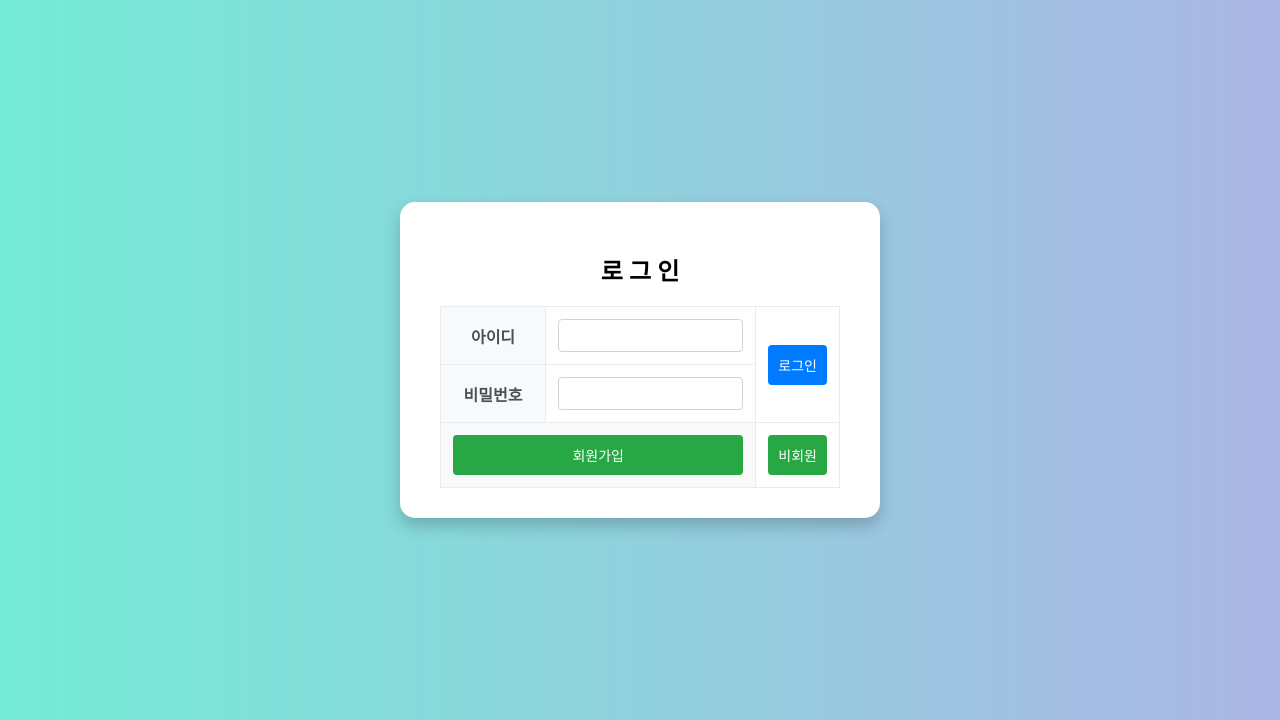
Repository: 1plus1equals3-true/Board-temp
Page: http://localhost/jsp/test/test3.jsp
These files come from the project's save history. The page is drawn as it stood at one moment and after the next save; the edit follows.
The browser window is 1280 px wide. The pictures show the whole page.
The page is served by Tomcat 9. Other server files are loaded and not shown.

Above is the page before, as saved 2025-09-10 08:06:40.

### jsp/src/main/webapp/test/test3.jsp
<%@ page language="java" contentType="text/html; charset=UTF-8"
    pageEncoding="UTF-8"%>
<%@ page import="java.util.Date" %>
<%@ page import="java.text.SimpleDateFormat" %>
<!DOCTYPE html>
<html>
<head>
<meta charset="UTF-8">
<title>로그인</title>
<style>
body {
        font-family: 'Segoe UI', Tahoma, Geneva, Verdana, sans-serif;
        background: linear-gradient(to right, #74ebd5, #ACB6E5);
        margin: 0;
        padding: 0;
        display: flex;
        justify-content: center;
        align-items: center;
        height: 100vh;
    }
    form {
        background-color: white;
        padding: 30px 40px;
        border-radius: 15px;
        box-shadow: 0 8px 16px rgba(0,0,0,0.2);
        width: 400px;
        animation: fadeIn 0.8s ease-in-out;
    }
    @keyframes fadeIn {
        from { opacity: 0; transform: translateY(-20px); }
        to { opacity: 1; transform: translateY(0); }
    }
.login-form {
    justify-content: center;
    align-items: center;
    margin: 50px auto;
}

.login-form table {
    width: 100%;
    max-width: 400px;
    border-collapse: collapse;
    background-color: #fff;
    border-radius: 8px;
}

.login-form td {
    padding: 12px;
    border: 1px solid #e9ecef;
    text-align: left;
}

.login-form tr td:first-child {
    background-color: #f8f9fa;
    font-weight: bold;
    color: #495057;
    text-align: center;
    width: 80px;
}

.login-form input[type="text"],
.login-form input[type="password"] {
    width: 100%;
    padding: 8px 10px;
    border: 1px solid #ced4da;
    border-radius: 4px;
    box-sizing: border-box;
}

.login-form input[type="submit"],
.login-form .btn-join {
    width: 100%;
    padding: 10px;
    border: none;
    border-radius: 4px;
    font-size: 14px;
    cursor: pointer;
    transition: background-color 0.3s ease;
    box-sizing: border-box;
}

.login-form input[type="submit"] {
    background-color: #007bff;
    color: white;
    height: 100%;
}

.login-form input[type="submit"]:hover {
    background-color: #0056b3;
}

.login-form .btn-join {
    background-color: #28a745;
    color: white;
}

.login-form .btn-join:hover {
    background-color: #218838;
}

.login-form a {
    text-decoration: none;
    display: block;
    height: 100%;
}
</style>
</head>
<body>



	<form action="Login_proc.jsp" method="post" class="login-form">
		<h2 style="text-align: center;">로 그 인</h2>
		<table>

		<tr>
		<td>아이디</td>
		<td><input type="text" name="loginid"></td>
		<td rowspan="2">
			<input type="submit" value="로그인">
		</td>
		</tr>

		<tr>
		<td>비밀번호</td>
		<td><input type="password" name="loginpass"></td>
		</tr>

		<tr>

		<td colspan="2"><a href="Join.jsp"><button type="button" class="btn-join">회원가입</button></a></td>
		<td><a href="../board/list.jsp"><button type="button" class="btn-join">비회원</button></a></td>

		</tr>

		</table>
	</form>
</body>
</html>

After the next save:
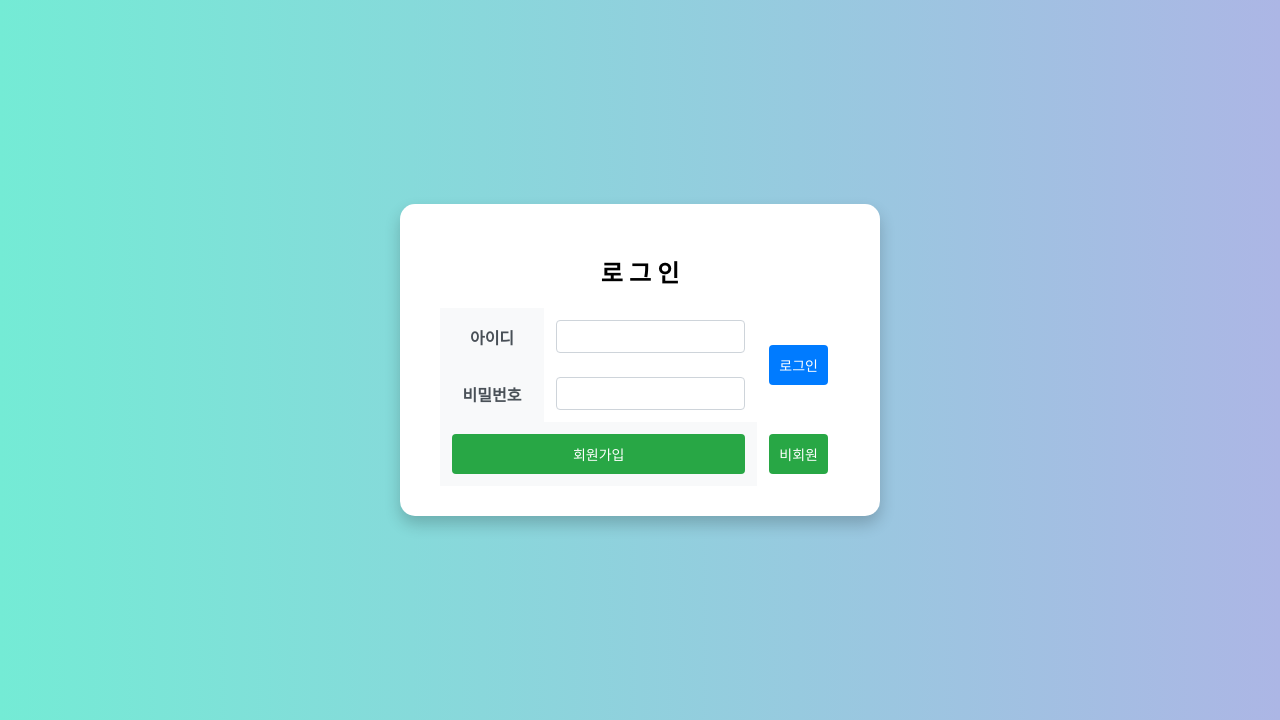
Saved 39 s later.
--- a/jsp/src/main/webapp/test/test3.jsp
+++ b/jsp/src/main/webapp/test/test3.jsp
@@ -46,7 +46,6 @@ body {
 
 .login-form td {
     padding: 12px;
-    border: 1px solid #e9ecef;
     text-align: left;
 }
 
